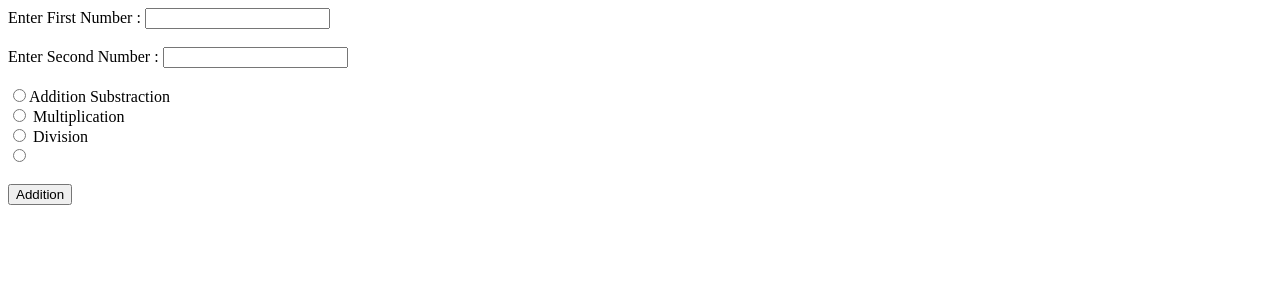
Repository: shzkhar/ISM_ADV_JAVA_23
Page: ServletCalculator/src/main/webapp/calci.html
The author's editor kept a copy of each file at every save. The page is drawn from the files as they stood at one save, then again after the next save.
The browser window is 1280 px wide. The pictures show the whole page.

Above is the page before, as saved 2023-03-28 11:25:33.

### ServletCalculator/src/main/webapp/calci.html
<!DOCTYPE html>
<html>
<head>
<meta charset="UTF-8">
<title>Insert title here</title>
</head>
<body>
     <form action="calci" method="post">
          Enter First Number : <input type="number" name="firstNumber"/><br><br>
          Enter Second Number : <input type="number" name="secondNumber" /><br><br>


          <input type="radio" name="addition" value="add">Addition

          <label for="html">Substraction</label><br>
          <input type="radio" id="css" name="substraction" value="sub">

          <label for="html">Multiplication</label><br>
          <input type="radio" id="css" name="multiplication" value="mul">

          <label for="html">Division</label><br>
          <input type="radio" id="css" name="division" value="div">

          <br><br>
          <input type="Submit" value="Addition">


     </form>
</body>
</html>

After the next save:
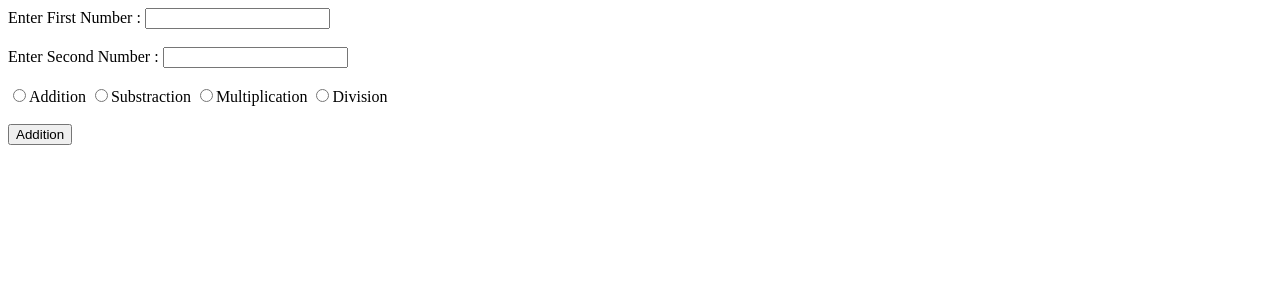
Saved 60 s later.
--- a/ServletCalculator/src/main/webapp/calci.html
+++ b/ServletCalculator/src/main/webapp/calci.html
@@ -12,14 +12,13 @@
 
           <input type="radio" name="addition" value="add">Addition
 
-          <label for="html">Substraction</label><br>
-          <input type="radio" id="css" name="substraction" value="sub">
+          <input type="radio" name="substraction" value="sub">Substraction
 
-          <label for="html">Multiplication</label><br>
-          <input type="radio" id="css" name="multiplication" value="mul">
 
-          <label for="html">Division</label><br>
-          <input type="radio" id="css" name="division" value="div">
+          <input type="radio" name="multiplication" value="mul">Multiplication
+
+
+          <input type="radio" name="division" value="div">Division
 
           <br><br>
           <input type="Submit" value="Addition">
